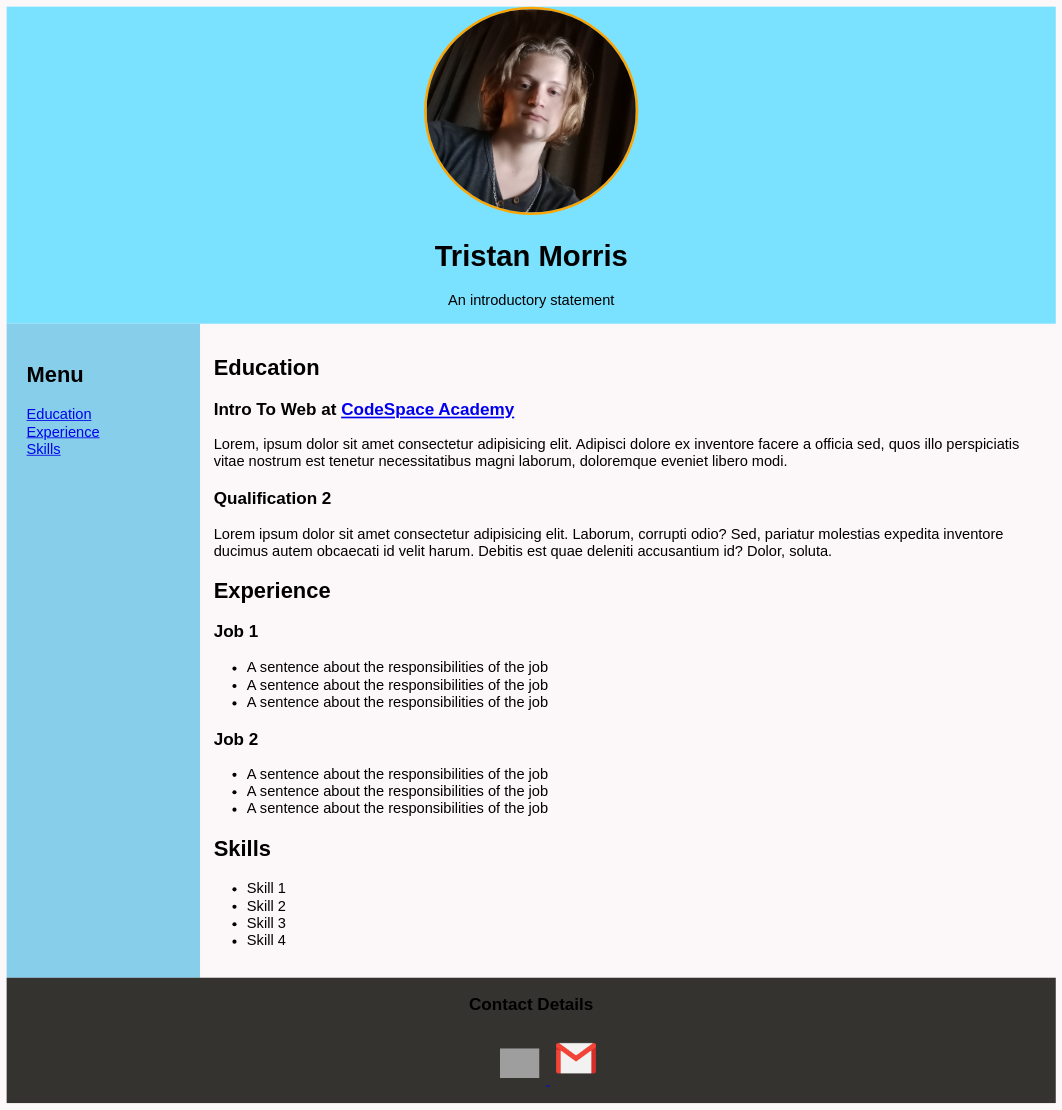
Repository: TristanKMorris/introToWebDesignAssignment
Page: resume1.html
The author's editor kept a copy of each file at every save. The page is drawn from the files as they stood at one save, then again after the next save.
The browser window is 1280 px wide. The pictures show the whole page, at 83% of full size.
Pictures or frames that could not be fetched are drawn as grey boxes.

Above is the page before, as saved 2022-06-02 21:01:15.

### resume1.html

<!DOCTYPE html>
<html
  <head>
    <title>My first web page</title>

    <link rel="stylesheet" type="text/css" href="css/stylesheet.css">

  </head>

  <body>

   <header id="heading">
        <img src="images/tristanPortrait.jpg" alt="Tristan Morris Portrait" id="profilePhoto"/>

      <h1>Tristan Morris</h1>
        <p>An introductory statement</p>

    </header>

    <main class="main">

      <div id="sidebar">

        <nav>

          <h2>Menu</h2>

           <ul class="navMenu">
              <li><a href="#education">Education</a></li>
              <li><a href="#experience">Experience</a></li>
              <li><a href="#skills">Skills</a></li>
            </ul>

        </nav>

      </div>

        <div class="content">

          <h2 id="education">Education</h2>

            <h3>Intro To Web at <a href="http://codespace.co.za/" target="_blank">CodeSpace Academy</a> </h3>

             <p>
               Lorem, ipsum dolor sit amet consectetur adipisicing elit. Adipisci dolore
               ex inventore facere a officia sed, quos illo perspiciatis vitae nostrum
               est tenetur necessitatibus magni laborum, doloremque eveniet libero modi.
             </p>

            <h3>Qualification 2</h3>

             <p>
                Lorem ipsum dolor sit amet consectetur adipisicing elit. Laborum, corrupti
                odio? Sed, pariatur molestias expedita inventore ducimus autem obcaecati
                id velit harum. Debitis est quae deleniti accusantium id? Dolor, soluta.
              </p>

          <h2 id="experience">Experience</h2>

            <h3>Job 1</h3>

            <ul>

              <li>A sentence about the responsibilities of the job</li>
              <li>A sentence about the responsibilities of the job</li>
              <li>A sentence about the responsibilities of the job</li>

            </ul>

            <h3>Job 2</h3>

            <ul>

              <li>A sentence about the responsibilities of the job</li>
              <li>A sentence about the responsibilities of the job</li>
              <li>A sentence about the responsibilities of the job</li>

            </ul>

          <h2 id="skills">Skills</h2>

            <ul>
              <li>Skill 1</li>
              <li>Skill 2</li>
              <li>Skill 3</li>
              <li>Skill 4</li>
            </ul>

        </div>

    </main>

    <footer>

      <h3>Contact Details</h3>
      <ul>
          <a href="http://www.instagram.com/tristan_k_morris" target="_blank">
           <img class="icons" src="images/instagramIcon.png" alt="Tristan Morris Instagram">

          </a>

          <a href="http://mail.google.com" target="_blank">
           <img class="icons" src="images/gmailIcon.png" alt="Tristan Morris Email">

          </a>

      </ul>

    </footer>


  </body>
</html>

### css/stylesheet.css
body{
  font-family: sans-serif;
  font-size:110%;
  background-color: #FCF7F8;
  display: flex;
  flex-direction: column;
}

.main{
  display: flex;
  flex-direction: row;
  overflow: unset;
}

#profilePhoto{
  width: 20%;
  height: 20%;
  border-radius: 50%;
  border: 3px solid orange;
}

header {
  text-align: center;
  justify-content: center;
}
#heading{
  font-family: sans-serif;
  font: size 110%;
  background-color: #7ae2ff;
}

footer {
  background-color: #343330;
  text-align: center;
}
#sidebar{
  width: 25%;
  background-color: skyblue;
  padding: 1.5rem;
  color: black;
}
.navMenu{
  list-style-type: none;
  padding: 0%;
}

.icons{
  width: 3rem;
  margin: 0.5rem;
  height: auto;
}

.content{
  width: auto;
  margin: 1rem;
  height: auto;
}

After the next save:
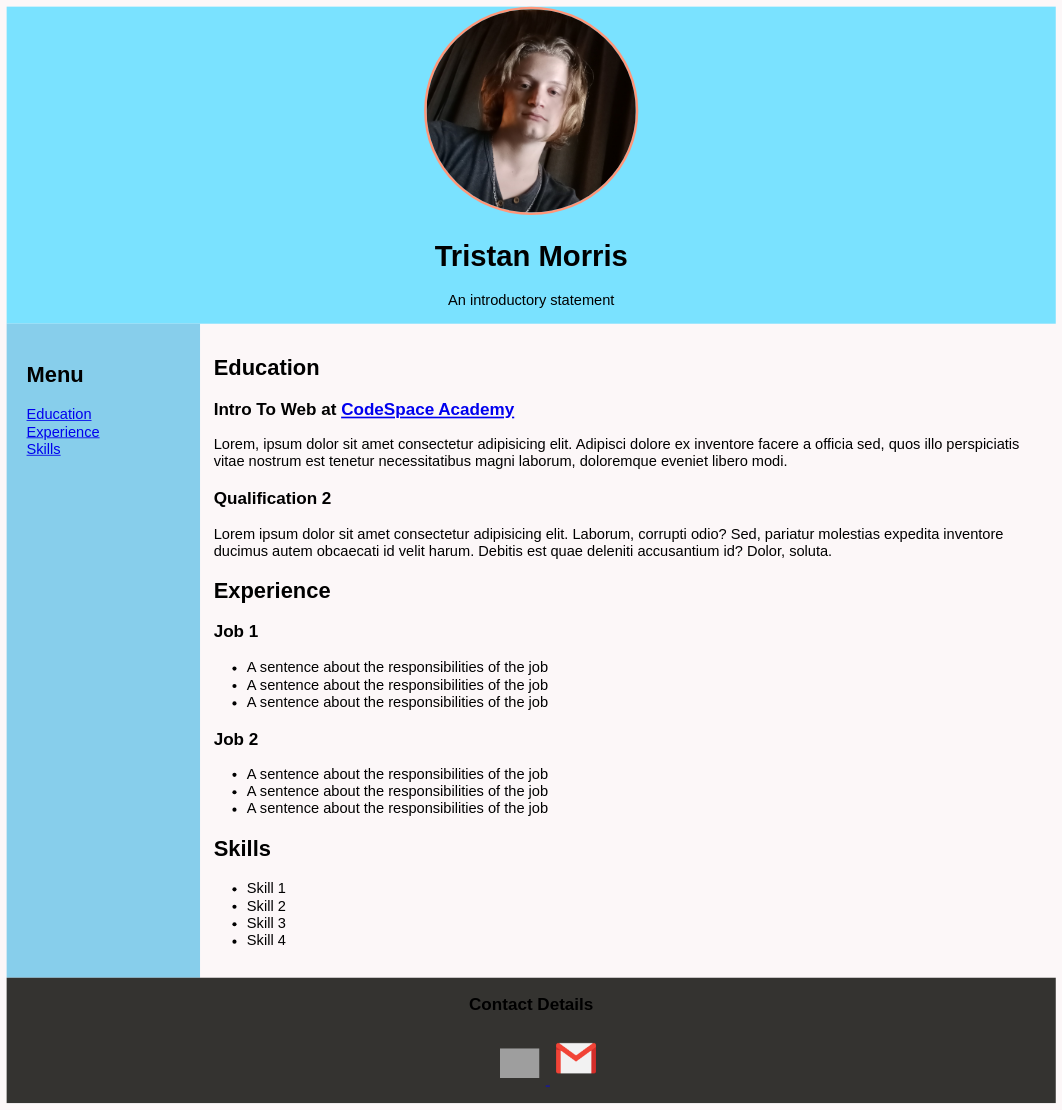
Saved 45 s later.
--- a/css/stylesheet.css
+++ b/css/stylesheet.css
@@ -16,7 +16,7 @@ body{
   width: 20%;
   height: 20%;
   border-radius: 50%;
-  border: 3px solid orange;
+  border: 3px solid #ff977a;
 }
 
 header {
